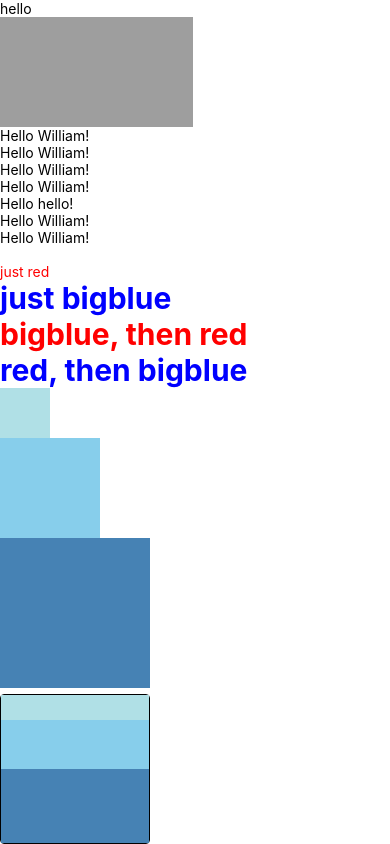
Repository: wcc17/project-adara
Screen: / (app in ProjectAdara/)
These files come from the project's save history. The screen is drawn as it stood at one moment and after the next save; the edit follows.
Pictures or frames that could not be fetched are drawn as grey boxes. The app was drawn by React Native's web renderer in a window 390 px wide. The project was rebuilt for these pictures with package versions that can differ from the ones it lists, and the page was loaded fresh each time.

Above is the screen before, as saved 2018-05-27 13:12:42.

### ProjectAdara/App.js
import React, { Component } from 'react';
import { StyleSheet, Text, ScrollView, View, Image, SafeAreaView } from 'react-native';
import FlexDimensionsBasicsComponent from './src/components/FlexDimensionsBasicsComponent'

export default class App extends React.Component {
    render() {
        return (
            <SafeAreaView style={{flex: 1, backgroundColor: 'black'}}>
                <ScrollView contentContainerStyle={styles.container}>
                    <BasicStuffComponent/>
                    <FlexDimensionsBasicsComponent
                        style={flexDimensionStyleSheet.flexDimensionComponentStyle}/>
                </ScrollView>
            </SafeAreaView>
        );
    }
}

class BasicStuffComponent extends Component {
    render() {
        let image = {
            uri: 'https://upload.wikimedia.org/wikipedia/commons/d/de/Bananavarieties.jpg'
        };

        return (
            <View style={styles.container}>
                <Text>hello</Text>
                <Image source={image} style={{ width: 193, height: 110 }} />
                <DumbGreetingComponent name='William' />
                <DumbGreetingComponent name='William' />
                <DumbGreetingComponent name='William' />
                <DumbGreetingComponent name='William' />
                <DumbGreetingComponent name='hello' />
                <DumbGreetingComponent name='William' />
                <DumbGreetingComponent name='William' />
                <Blink text="this is blinking text" />
                <StyledComponent/>
                <FixedDimensionsComponent/>
            </View>
        )
    }
}

class DumbGreetingComponent extends Component {
    render() {
        return (
            <Text>Hello {this.props.name}!</Text>
        );
    }
}

class Blink extends Component {
    constructor(props) {
        super(props);
        this.state = { isShowingText: true };

        // Toggle the state every second
        setInterval(() => {
            this.setState(previousState => {
                return { isShowingText: !previousState.isShowingText };
            });
        }, 1000);
    }

    render() {
        let display = this.state.isShowingText ? this.props.text : ' ';
        return (
            <Text>{display}</Text>
        );
    }
}

class StyledComponent extends Component {
    render() {
        return (
        <View>
            <Text style={styles.red}>just red</Text>
            <Text style={styles.bigblue}>just bigblue</Text>
            <Text style={[styles.bigblue, styles.red]}>bigblue, then red</Text>
            <Text style={[styles.red, styles.bigblue]}>red, then bigblue</Text>
        </View>
        );
    }
}

class FixedDimensionsComponent extends Component {
    render() {
        return (
            <View>
                <View style={{width: 50, height: 50, backgroundColor: 'powderblue'}}/>
                <View style={{width: 100, height: 100, backgroundColor: 'skyblue'}}/>
                <View style={fixedDimensionStyleSheet.steelBlueView}/>
            </View>
        )
    }
}



const styles = StyleSheet.create({
    container: {
        flex: 1,
        backgroundColor: '#fff',
        // alignItems: 'center',
        // justifyContent: 'center',
    },
    bigblue: {
        color: 'blue',
        fontWeight: 'bold',
        fontSize: 30,
    },
    red: {
        color: 'red',
    },
});

const fixedDimensionStyleSheet = StyleSheet.create({
    steelBlueView: {
        width: 150,
        height: 150,
        backgroundColor: 'steelblue'
    },
});

const flexDimensionStyleSheet = StyleSheet.create({
    flexDimensionComponentStyle: {
        width: 150,
        height: 150,

        borderRadius: 4,
        borderWidth: 1.5,
        borderColor: 'black',
    },
});

### ProjectAdara/src/components/FlexDimensionsBasicsComponent.js
import React, { Component } from 'react';
import { View } from 'react-native';

export default class FlexDimensionsBasicsComponent extends Component {
    render() {
        return (
            //a height and width should be passed in with style prop
            // <View style={{flex: 1}}>
            <View style={this.props.style}>
                <View style={{flex: 1, backgroundColor: 'powderblue'}} />
                <View style={{flex: 2, backgroundColor: 'skyblue'}} />
                <View style={{flex: 3, backgroundColor: 'steelblue'}} />
            </View>
        );
    }
}

After the next save:
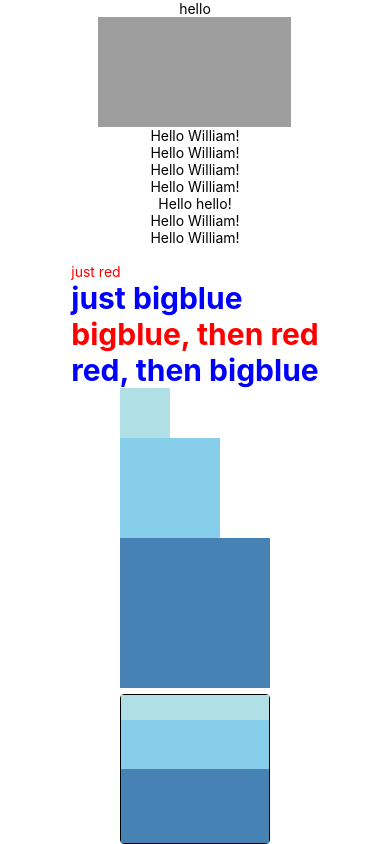
Saved 12 s later.
--- a/ProjectAdara/App.js
+++ b/ProjectAdara/App.js
@@ -101,7 +101,7 @@ const styles = StyleSheet.create({
     container: {
         flex: 1,
         backgroundColor: '#fff',
-        // alignItems: 'center',
+        alignItems: 'center',
         // justifyContent: 'center',
     },
     bigblue: {
